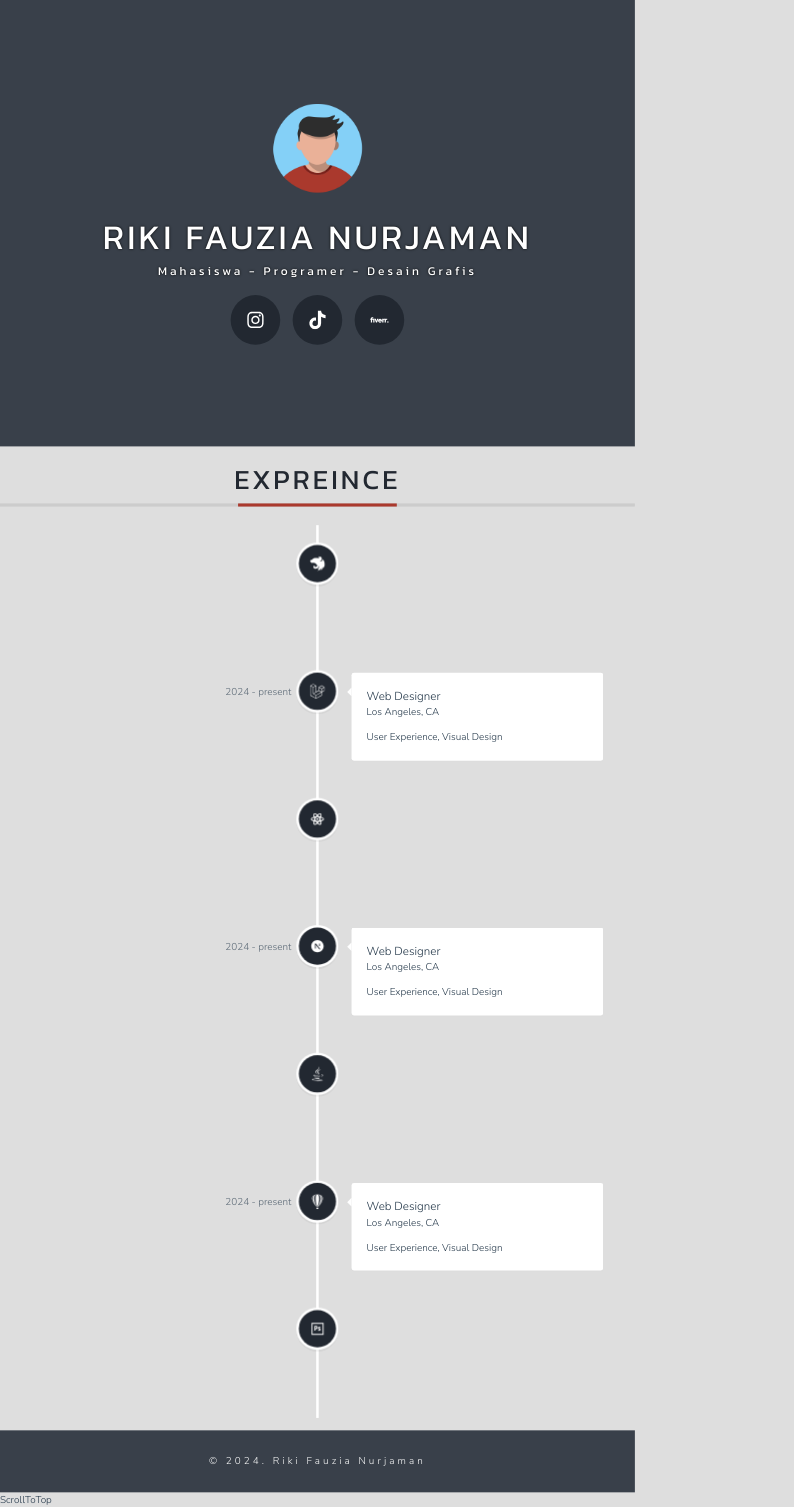
Repository: sellayspy/Portofolio
Page: /experince
These files come from the project's save history. The page is drawn as it stood at one moment and after the next save; the edit follows.
The browser window is 1280 px wide. The pictures show the whole page, at 62% of full size.
The project was rebuilt for these pictures with package versions that can differ from the ones it lists, and the page was loaded fresh each time. Also part of the build but not shown: vite.config.js, src/styles/About.css, src/components/About.jsx, src/data/DataPortfolio.jsx, src/styles/Portfolio.css, src/components/Portfolio.jsx, src/pages/Home.jsx, src/styles/DetailPortfolio.css and 2 more.

Above is the page before, as saved 2024-09-13 22:26:32.

After the next save:
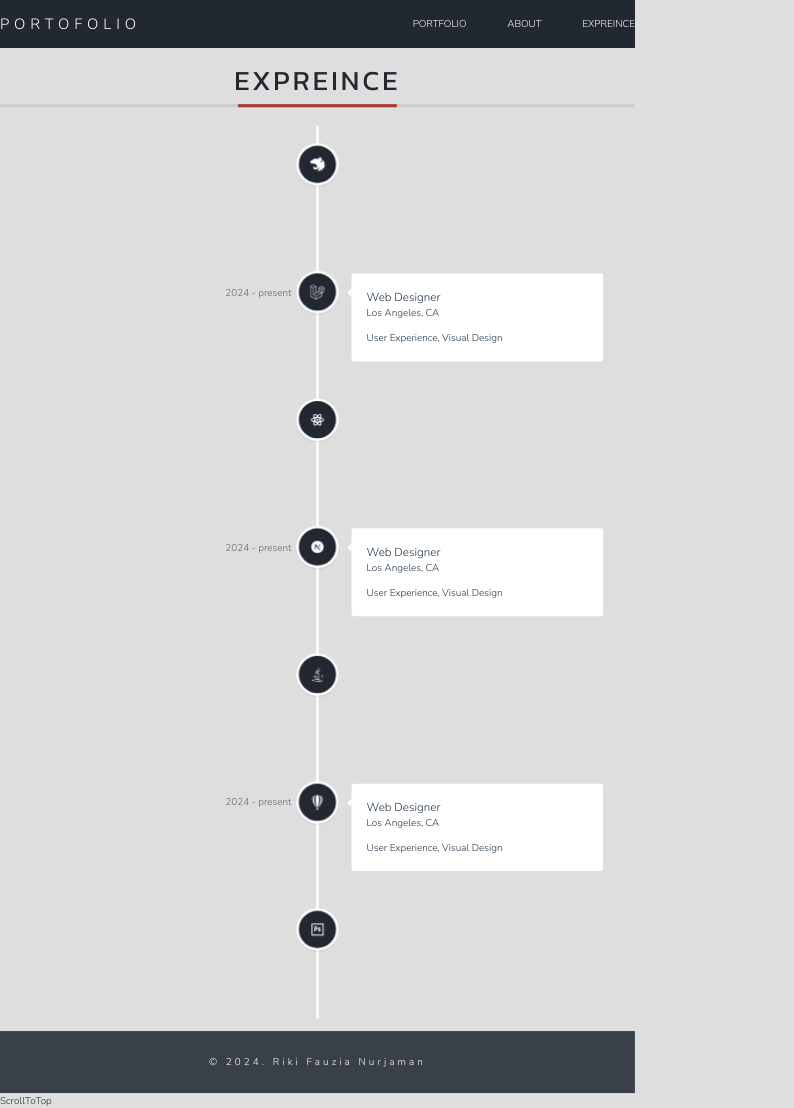
Saved 31 s later.
--- a/src/pages/Experience.jsx
+++ b/src/pages/Experience.jsx
@@ -10,13 +10,13 @@ import { RiNextjsFill } from "react-icons/ri";
 import { FaJava } from "react-icons/fa";
 import { SiCoreldraw } from "react-icons/si";
 import { DiPhotoshop } from "react-icons/di";
-import Header from "../components/Header";
 import Footer from "../components/Footer";
 import ScrollToTop from "../components/ScrollToTop";
+import Navbar from "../components/Navbar";
 const Experience = () => {
   return (
     <>
-      <Header />
+      <Navbar />
       <div className="wrapper">
         <h3>Expreince</h3>
 
